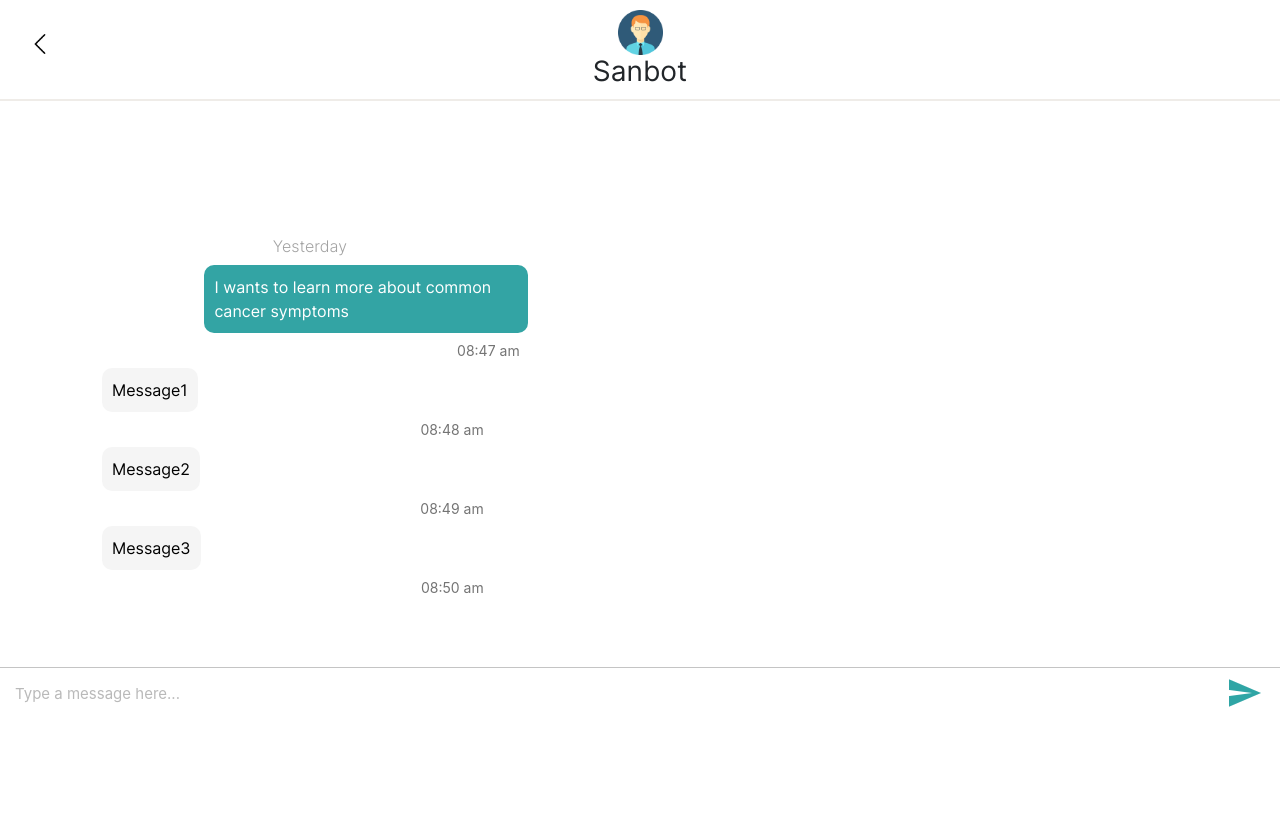
Repository: KevalGondaliya/helpsy_chat
Page: /
An editor plug-in stored every save of this project. The page is shown before and after the next save, followed by the edit.
The browser window is 1280 px wide. The pictures show the whole page.
Some web fonts or font styles are not loaded; a fallback is used. The project was rebuilt for these pictures with package versions that can differ from the ones it lists, and the page was loaded fresh each time. Also part of the build but not shown: src/components/Modal.js, src/components/OutgoingMessage.js, src/components/IncomingMessage.js.

Above is the page before, as saved 2020-12-22 14:32:23.

After the next save:
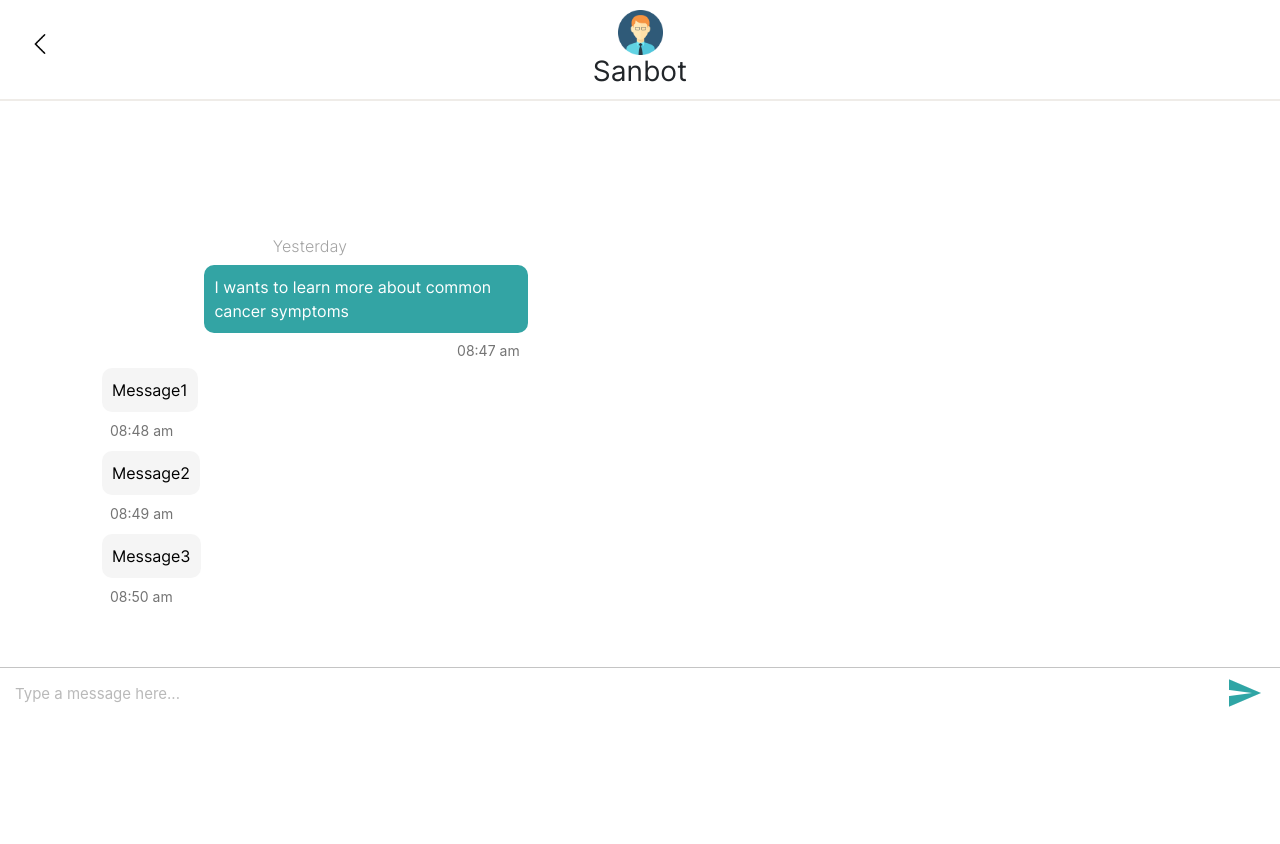
Saved 47 s later.
--- a/src/components/TextComponent.js
+++ b/src/components/TextComponent.js
@@ -61,7 +61,7 @@ const TextComponent = ({ messages, loggedInUserId }) => {
                       <div className="received_withd_msg" {...longPressEvent}>
                         <p>{message.message}</p>
                       </div>
-                      <span className="time_date_out">
+                      <span className="time_date">
                         {moment(message.createdAt).format("hh:mm a")}
                       </span>
                       {longPress && (
